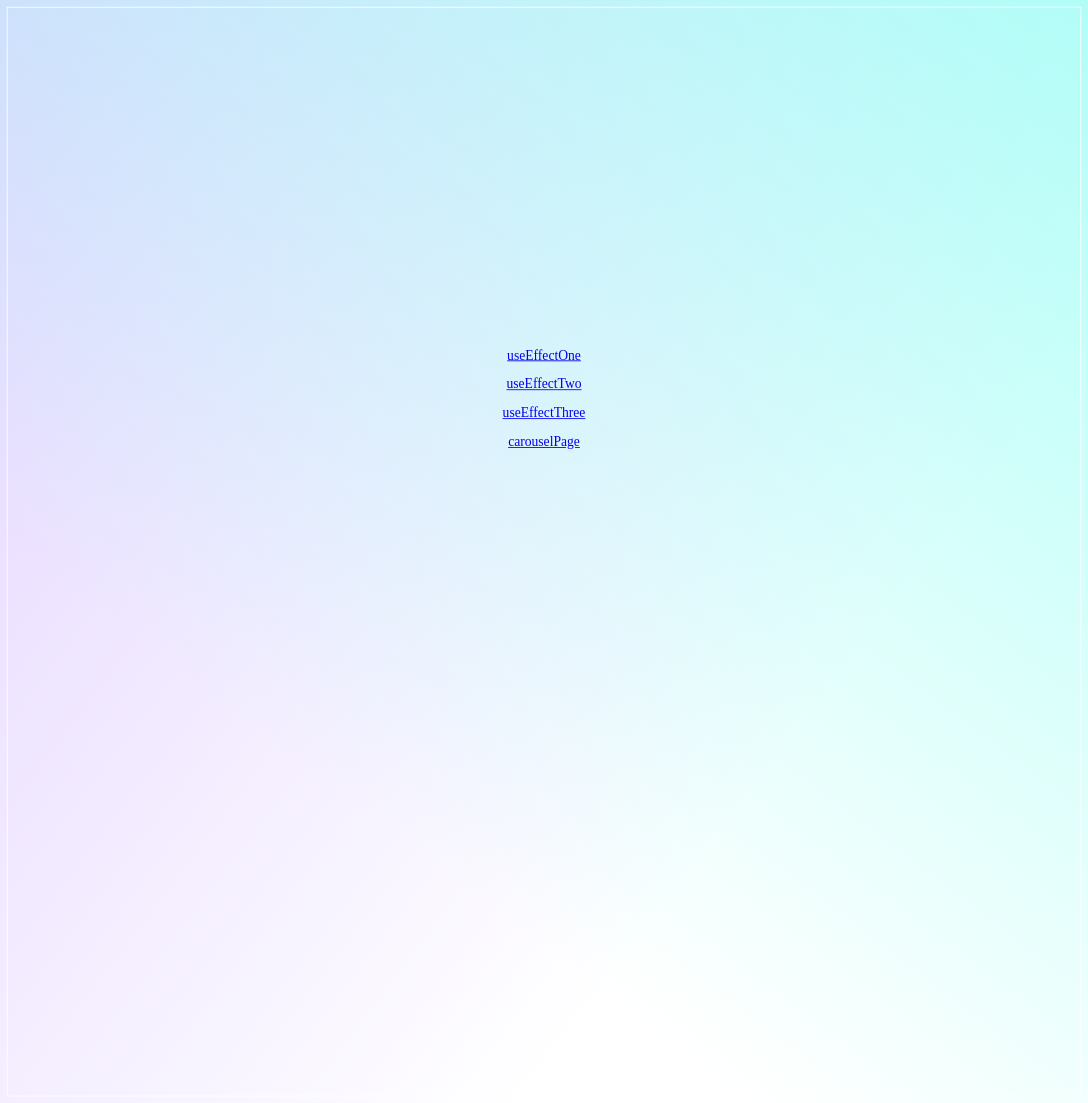
Repository: juliet-jskim/week-8-useEffect-carousel
Page: /
An editor plug-in stored every save of this project. The page is shown before and after the next save, followed by the edit.
The browser window is 1280 px wide. The pictures show the whole page, at 85% of full size.
The project was rebuilt for these pictures with package versions that can differ from the ones it lists, and the page was loaded fresh each time. The framework's server and built-in components were replaced by stand-ins that run in the browser. Also part of the build but not shown: next.config.js.

Above is the page before, as saved 2023-02-20 21:58:27.

### pages/index.js
import Head from 'next/head'
import styles from '@/styles/Home.module.css'
import Link from 'next/link'

export default function Home() {
  return (
    <>
      <Head>
        <title>Create Next App</title>
        <meta name="description" content="Generated by create next app" />
        <meta name="viewport" content="width=device-width, initial-scale=1" />
        <link rel="icon" href="/favicon.ico" />
      </Head>
      <main className={styles.main}>
        <div>
          <Link href="/useEffectOne">useEffectOne</Link>
        </div>
       <div>
        <Link href="/useEffectTwo">useEffectTwo</Link>
       </div>
       <div>
        <Link href="/useEffectThree">useEffectThree</Link>
       </div>
       <div>
        <Link href="/carouselPage">carouselPage</Link>
       </div>

      </main>
    </>
  )
}

### styles/globals.css
:root {
  /** add colors you want to add to all the pages here**/
  background: linear-gradient(217deg, rgba(156, 255, 245, 0.767), rgba(0, 42, 255, 0) 70.71%),
  linear-gradient(127deg, rgba(221, 201, 255, 0.8), rgba(0,255,0,0) 70.71%),
  linear-gradient(336deg, rgba(255, 255, 255, 0.8), rgba(0,0,255,0) 70.71%);


}

### styles/Home.module.css
.main {
  display: flex;
  flex-direction: column;
  gap: 1rem;
  align-items: center;
  padding: 25rem 10rem 10rem 10rem;
  min-height: 100vh;
  border: 1px solid white;
}

Loaded but not shown: pages/_app.js (common file); pages/_document.js (common file)

After the next save:
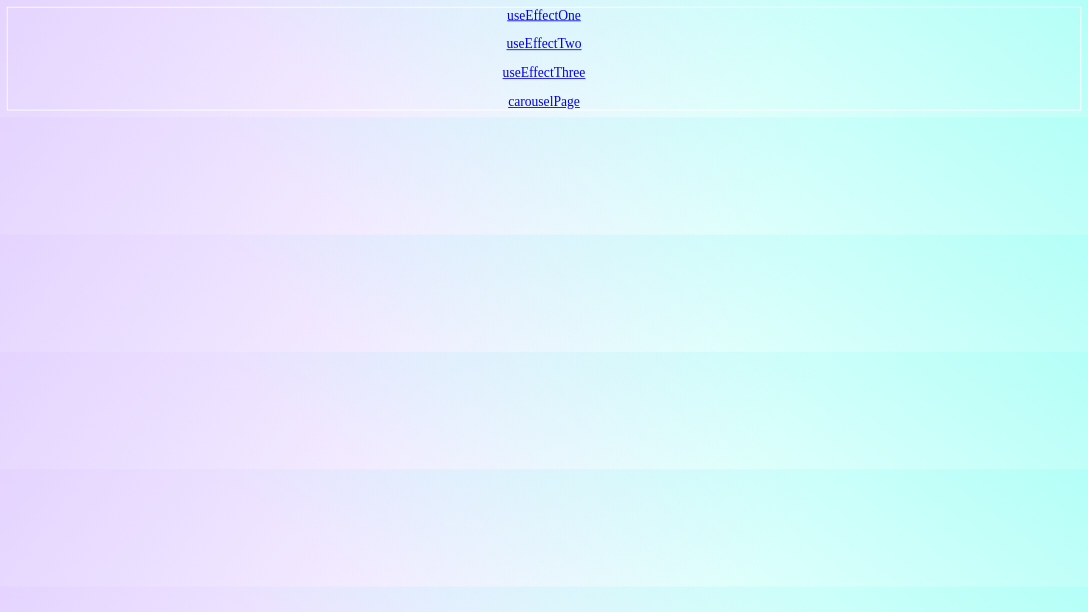
Saved 44 s later.
--- a/styles/Home.module.css
+++ b/styles/Home.module.css
@@ -3,7 +3,7 @@
   flex-direction: column;
   gap: 1rem;
   align-items: center;
-  padding: 25rem 10rem 10rem 10rem;
-  min-height: 100vh;
+  /* padding: 25rem 10rem 10rem 10rem; */
+  /* min-height: 100vh; */
   border: 1px solid white;
 }
